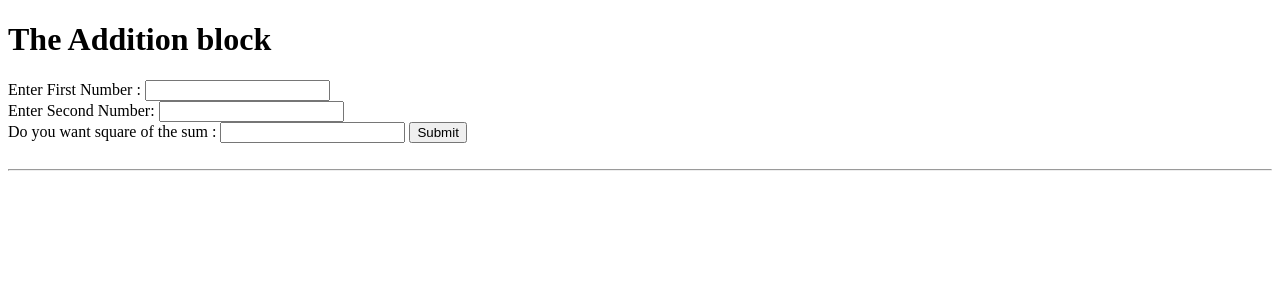
Repository: kunalquantum/jsp2
Page: demoApp/src/main/webapp/index2.html
These files come from the project's save history. The page is drawn as it stood at one moment and after the next save; the edit follows.
The browser window is 1280 px wide. The pictures show the whole page.

Above is the page before, as saved 2024-06-12 06:17:09.

After the next save:
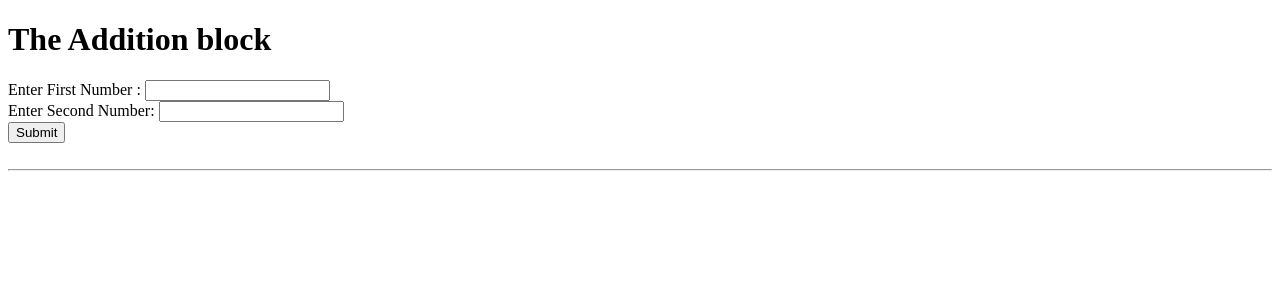
Saved 9 s later.
--- a/demoApp/src/main/webapp/index2.html
+++ b/demoApp/src/main/webapp/index2.html
@@ -12,7 +12,7 @@
 Enter First Number : <input type="text" name="num1"><br>
 Enter Second Number: <input type="text" name="num2"><br>
 
-Do you want square of the sum : <input type="number" name="val" default="0">
+
 <input type="submit"><br>
 
 </form>
